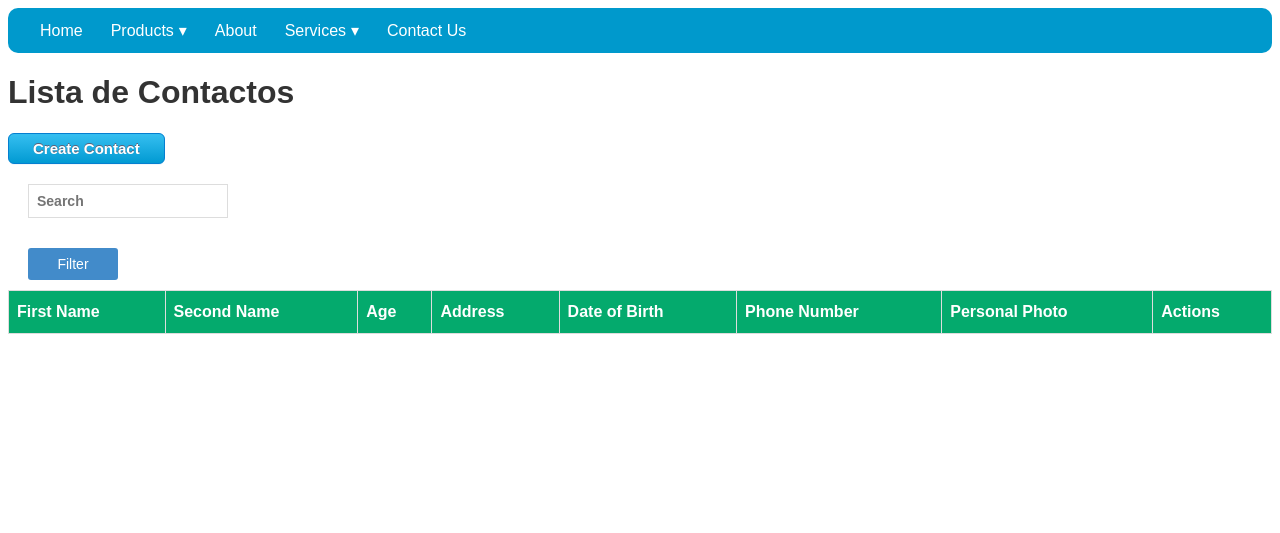
Repository: fgala1619/frontSistGestionBank
Page: index.html
The author's editor kept a copy of each file at every save. The page is drawn from the files as they stood at one save, then again after the next save.
The browser window is 1280 px wide. The pictures show the whole page.
The page's requests for data from a server got no answer.

Above is the page before, as saved 2023-07-27 22:37:57.

After the next save:
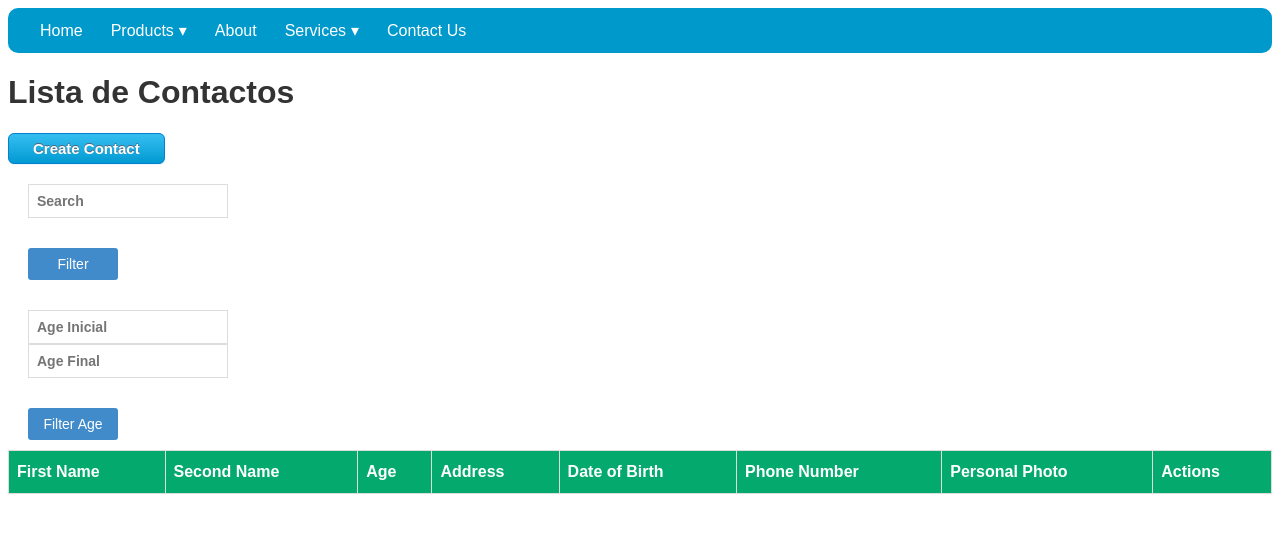
Saved 11 min 25 s later.
--- a/index.html
+++ b/index.html
@@ -38,6 +38,14 @@
     </div>
     <div class="modal-footer">
       <a href="#" onclick="buscar()" class="btn" id="btn_ingresar">Filter</a>
+    </div>
+
+    <div class="modal-body">
+      <input id="txtEdadInic" type="text" placeholder="Age Inicial" size="30" /><br/>
+      <input id="txtEdadFinal" type="text" placeholder="Age Final" size="30" /><br/>
+    </div>
+    <div class="modal-footer">
+      <a href="#" onclick="buscarRangoEdades()" class="btn" id="btn_ingresar">Filter Age</a>
     </div>
 
 <table id="customers">
